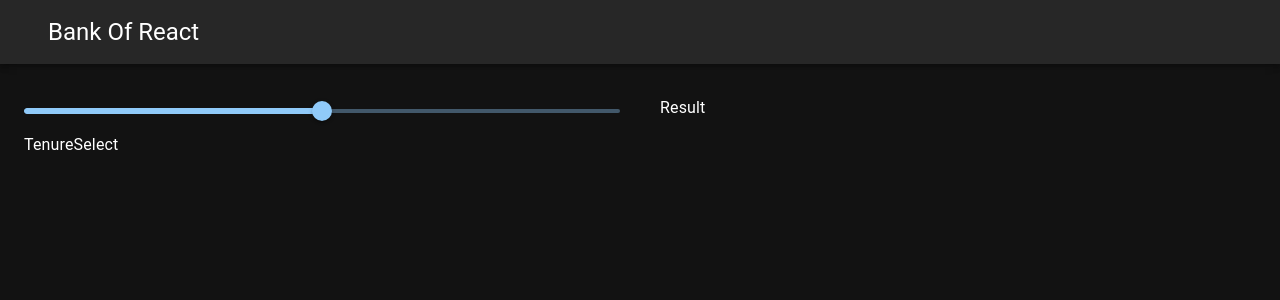
Repository: MikeeBuilds/mortgage-calculator
Page: /
The author's editor kept a copy of each file at every save. The page is drawn from the files as they stood at one save, then again after the next save.
The browser window is 1280 px wide. The pictures show the whole page.
The project was rebuilt for these pictures with package versions that can differ from the ones it lists, and the page was loaded fresh each time.

Above is the page before, as saved 2023-04-03 18:34:29.

### src/index.js
import React from 'react';
import ReactDOM from 'react-dom/client';
import  CssBaseline  from '@mui/material/CssBaseline';
import { ThemeProvider, createTheme } from '@mui/material/styles';
import App from './App';
import reportWebVitals from './reportWebVitals';
import { theme } from './theme';

const root = ReactDOM.createRoot(document.getElementById('root'));
root.render(
  <React.StrictMode>
    <ThemeProvider theme={theme}>
      <CssBaseline />
    <App />
    </ThemeProvider>
  </React.StrictMode>
);

// If you want to start measuring performance in your app, pass a function
// to log results (for example: reportWebVitals(console.log))
// or send to an analytics endpoint. Learn more: https://bit.ly/CRA-vitals
reportWebVitals();

### src/App.js
import { Container, Grid } from "@mui/material";
import Navbar from "./components/Navbar";
import Result from "./components/Result";
import SliderSelect from "./components/SliderSelect";
import TenureSelect from "./components/TenureSelect";


function App() {
  return (
    <div className="App">
      <Navbar />
      <Container maxWidth="xl" sx={{ marginTop: 4 }}>
        <Grid container spacing={5}>

          <Grid item xs={12} md={6}>
            <SliderSelect />
            <TenureSelect />
          </Grid>
          <Grid item xs={12} md={6}>
            <Result />

          </Grid>

        </Grid>
      </Container>
    </div>
  );
}

export default App;

### src/theme.js
import {  createTheme } from "@mui/material/styles";

export const theme = createTheme({
    palette: {
        mode: "dark",
    },
    typography: {
        h1: {

        },
    },
});

### src/components/Navbar.js
import React from 'react'
import AppBar from '@mui/material/AppBar'
import ToolBar from '@mui/material/Toolbar'
import Typography from '@mui/material/Typography'
import Container from '@mui/material/Container'

const Navbar = () => {
  return (
    <AppBar position="static">
      <Container maxWidth='xl'>
        <ToolBar>
            <Typography variant="h5" component="div" sx={{ flexGrow: 1 }}>
                Bank Of React
            </Typography>
        </ToolBar>
      </Container>
    </AppBar>
  )
}

export default Navbar

### src/components/SliderSelect.js
import React from 'react'
import SliderComponent from './common/SliderComponent'

const SliderSelect = () => {
  return (
    <SliderComponent />
  )
}

export default SliderSelect

### src/components/TenureSelect.js
import React from 'react'

const TenureSelect = () => {
  return (
    <div>TenureSelect</div>
  )
}

export default TenureSelect

### src/components/common/SliderComponent.js
import React from 'react'
import Slider from '@mui/material/Slider'

const SliderComponent = () => {
  return (
    <Slider defaultValue={50} aria-label='Default' valueLabelDisplay='auto' />
  )
}

export default SliderComponent

Loaded but not shown: public/index.html (common file); src/reportWebVitals.js (common file); src/components/Result.js (common file)

After the next save:
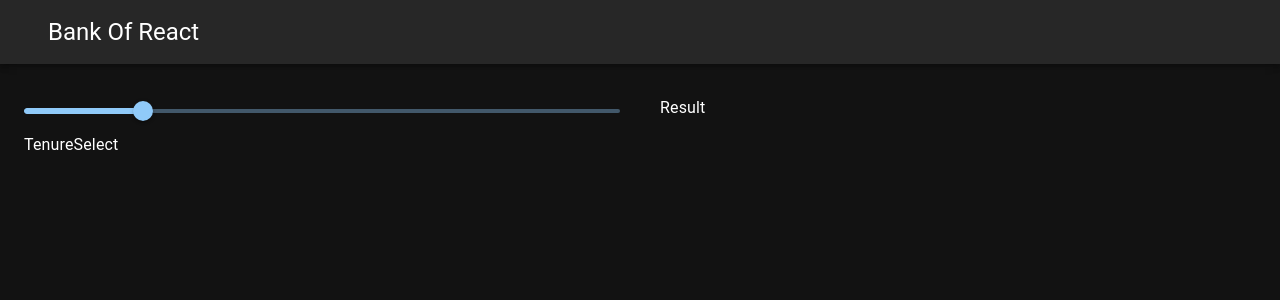
Saved 2 min 3 s later.
--- a/src/components/common/SliderComponent.js
+++ b/src/components/common/SliderComponent.js
@@ -3,7 +3,7 @@ import Slider from '@mui/material/Slider'
 
 const SliderComponent = () => {
   return (
-    <Slider defaultValue={50} aria-label='Default' valueLabelDisplay='auto' />
+    <Slider defaultValue={20} aria-label='Default' valueLabelDisplay='auto' />
   )
 }
 
